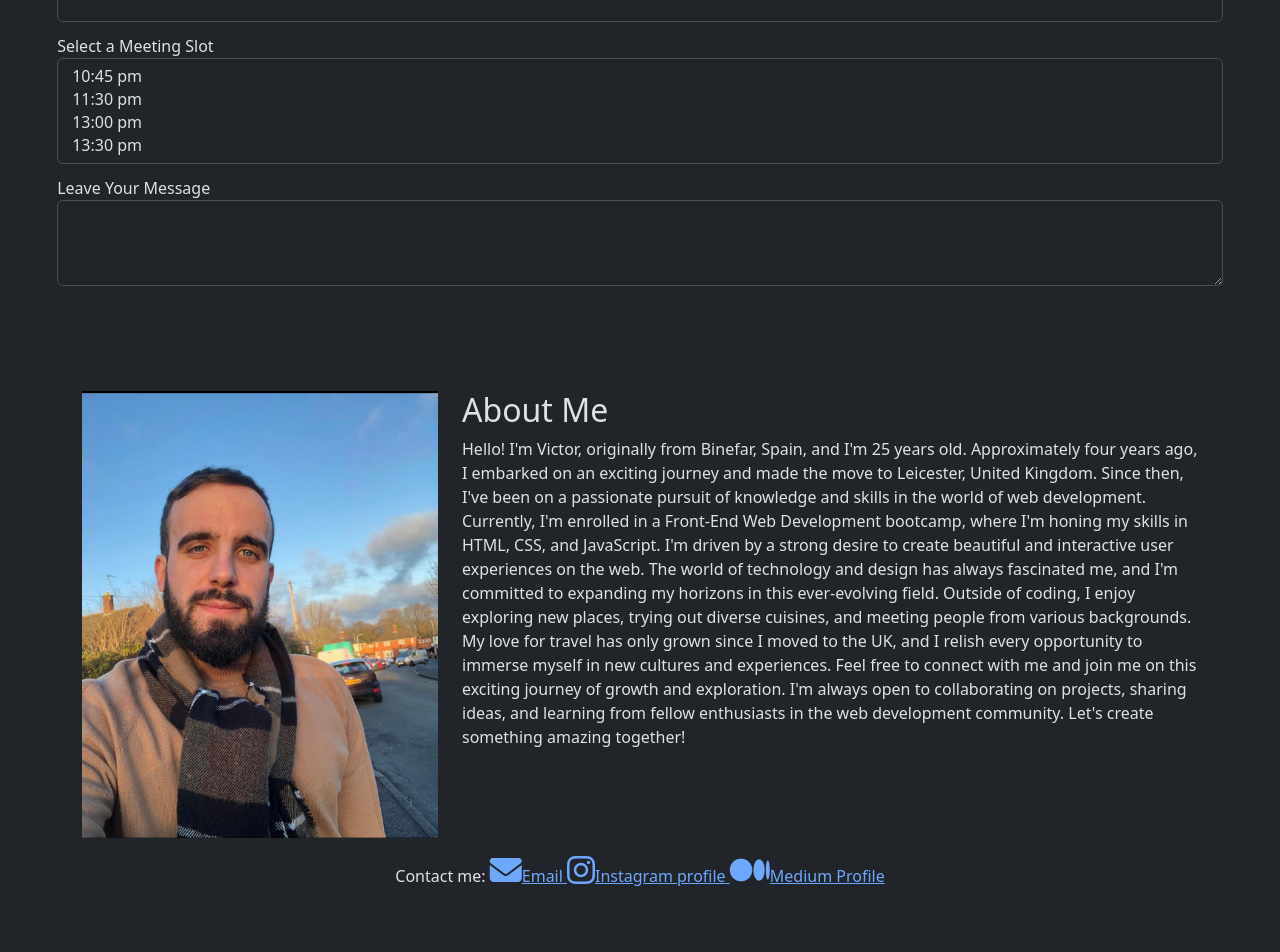
Repository: uvee35/Bootstrap-Portfolio
Page: index.html
An editor plug-in stored every save of this project. The page is shown before and after the next save, followed by the edit.
The browser window is 1280 px wide. The pictures show the part of the page from y = 1751 to 2703 px (the page is 2703 px tall before and 2693 px after).
A picture or video elsewhere on the page could not be fetched, so the positions and the page height are approximate. Some web libraries are served in a nearby version.

Above is the page before, as saved 2023-12-18 21:50:43.

After the next save:
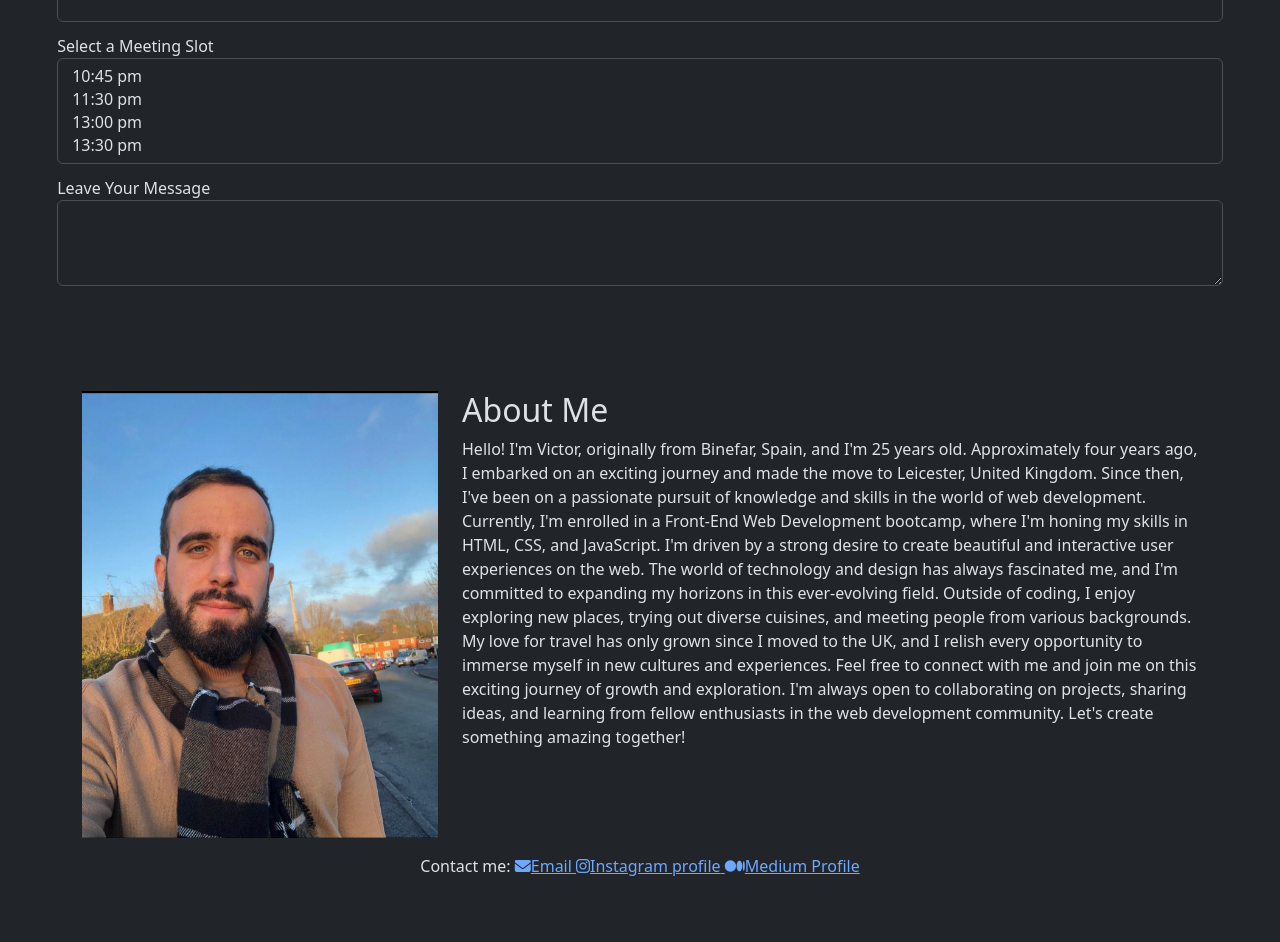
Saved 9 min 47 s later.
--- a/css/style.css
+++ b/css/style.css
@@ -44,37 +44,3 @@
     border-radius: 5px;
     padding: 20px;
 }
-.footer {
-  background-color: #333;
-  color: white;
-  text-align: center;
-  padding: 1rem 0;
-}
-
-.footer a {
-  color: white;
-  text-decoration: none;
-  transition: color 0.2s;
-}
-
-.footer a:hover {
-  color: #ffcc00; /* Change the color for the hover effect on links */
-}
-
-.footer button {
-  background-color: transparent;
-  border: none;
-  color: white;
-  cursor: pointer;
-  transition: box-shadow 0.2s;
-}
-
-.footer button:hover {
-  box-shadow: 0px 0px 10px rgba(0, 0, 0, 0.3); /* Add a box shadow on hover for buttons */
-}
-
-/* Style for social icons */
-.social-icon {
-  font-size: 2rem;
-  color: var(--accent-color);
-}
